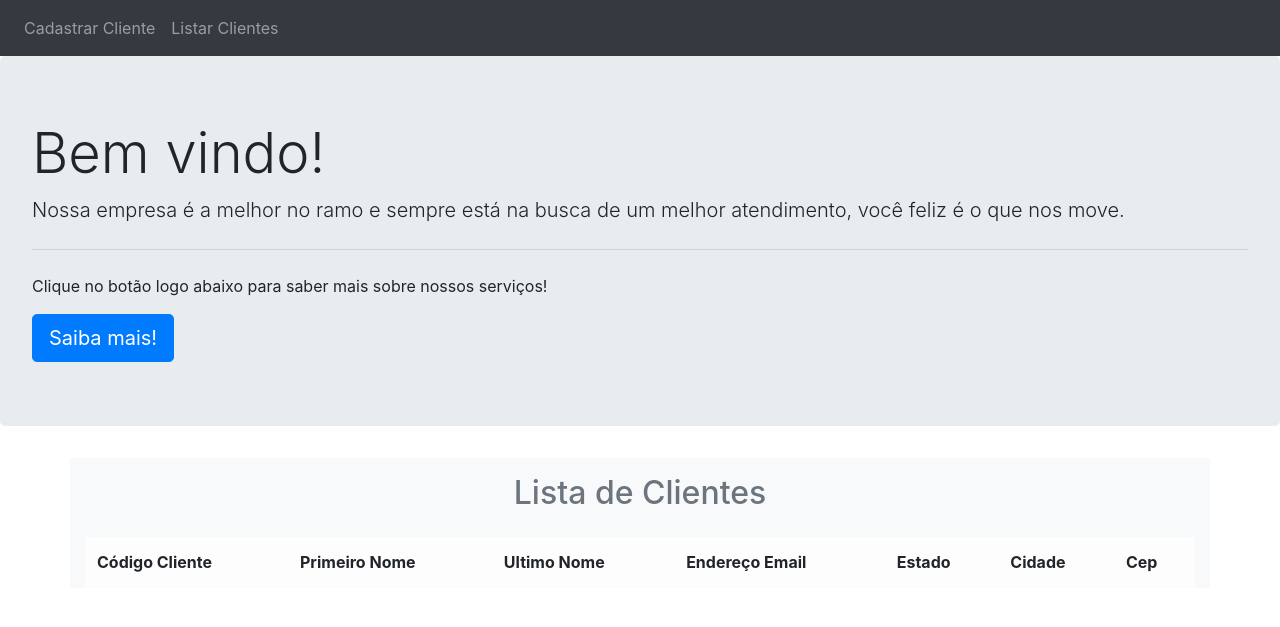
Repository: Ticapril/CRUD-JAVA
Page: http://localhost/CRUD-Java/ListarCliente.jsp
The author's editor kept a copy of each file at every save. The page is drawn from the files as they stood at one save, then again after the next save.
The browser window is 1280 px wide. The pictures show the whole page.
The page is served by Tomcat 9. The template is opened directly, without the code that normally fills it, so the values that code supplies are empty.

Above is the page before, as saved 2020-11-25 23:17:36.

After the next save:
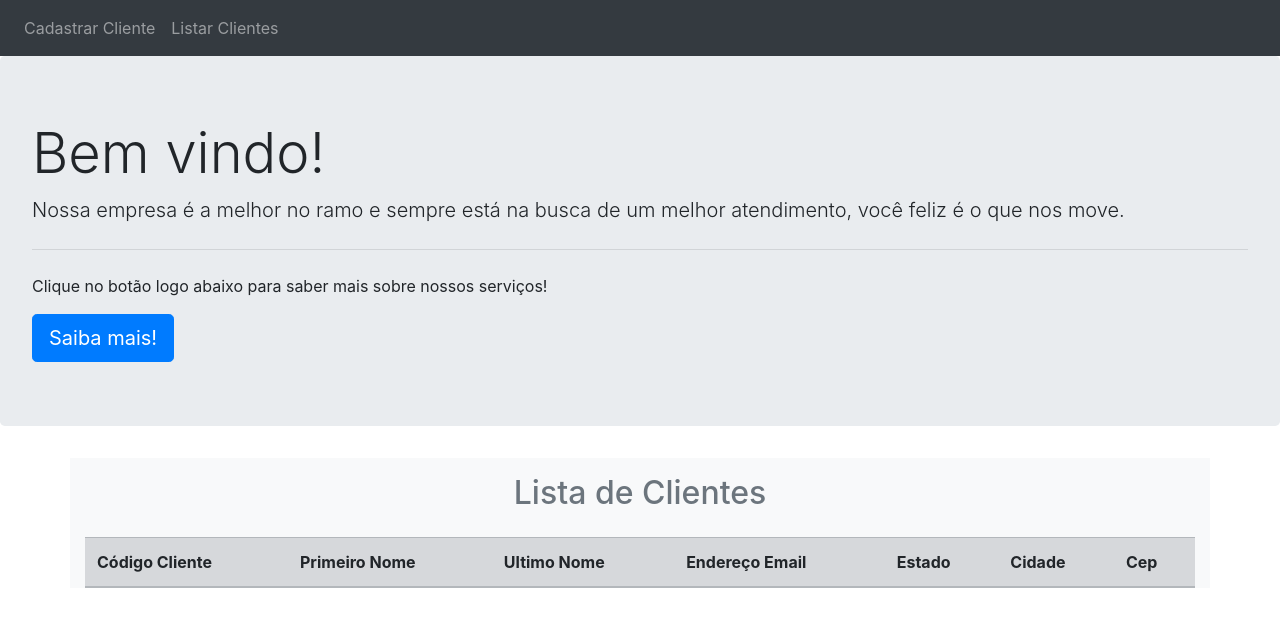
Saved 17 s later.
--- a/CRUD-Java/WebContent/ListarCliente.jsp
+++ b/CRUD-Java/WebContent/ListarCliente.jsp
@@ -44,7 +44,7 @@
 
 
 
-			<table class="table table-light">
+			<table class="table table-secondary">
         <thead>
             <tr>
                <th scope="col">Código Cliente</th>
